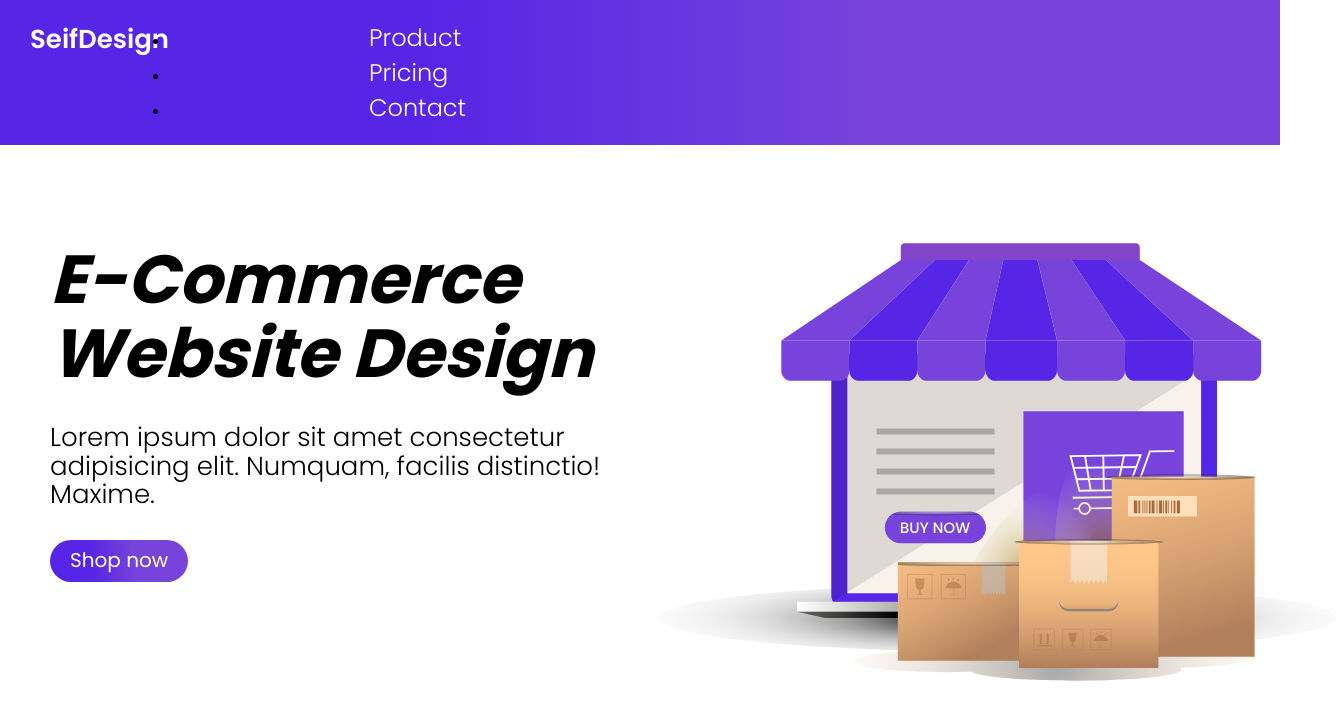
Repository: MehdiKerimov/figma-task-19
Page: pages/homePage/index.html
The author's editor kept a copy of each file at every save. The page is drawn from the files as they stood at one save, then again after a run of saves.
The browser window is 1280 px wide. The page is 1336 px wide, so the pictures cover 1336 px, including what lies to the right of the window. The pictures show the whole page.
The style sheet was rebuilt from its Sass, Less or Tailwind sources for each picture, by a compiler version that may differ from the author's.

Above is the page before, as saved 2024-01-20 15:33:02.

### pages/homePage/index.html
<!DOCTYPE html>
<html lang="en">
  <head>
    <meta charset="UTF-8" />
    <meta name="viewport" content="width=device-width, initial-scale=1.0" />
    <title>Document</title>
    <link rel="stylesheet" href="../../assets/css/reset.css" />
    <link rel="stylesheet" href="index.css" />
  </head>
  <body>
    <div class="container">
      <nav>
        <h1>SeifDesign</h1>
        <ul>
          <li>
                    <a href="">Product</a>

          </li>
          <li>
                    <a href="">Pricing</a>

          </li>
          <li>        <a href="">Contact</a>
</li>
        </ul>
      </nav>
      <main>
        <div class="left-container">
          <h2>E-Commerce Website Design</h2>
          <p>
            Lorem ipsum dolor sit amet consectetur adipisicing elit. Numquam,
            facilis distinctio! Maxime.
          </p>
          <button><a href="">Shop now</a></button>
        </div>

        <img src="../../assets/images/Group (3).svg" alt="" />
      </main>
    </div>
  </body>
</html>

### assets/css/reset.css
*{
    margin: 0;
    padding: 0;
    box-sizing: border-box;
}

button{
    border: none;
}
a{
    text-decoration: none;
}

### pages/homePage/index.scss
@import url("https://fonts.googleapis.com/css2?family=Poppins:wght@300;400;600;700&display=swap");
.container {
  min-height: 100vh;
  /* padding: 30px 30px 43px 30px; */
  nav {
    padding: 20px 30px;
    display: flex;
    background: linear-gradient(270deg, #7743db 31.64%, #5725e5 66.78%);
    h1 {
      color: #fff;
      font-family: Poppins;
      font-size: 26px;
      font-style: normal;
      font-weight: 600;
      line-height: normal;
    }
    a {
      text-decoration: none;
      margin-left: 200px;
      color: #fff;
      text-align: center;
      font-family: Poppins;
      font-size: 24px;
      font-style: normal;
      font-weight: 300;
      line-height: normal;
    }
  }
  main {
    display: flex;
    padding: 98px 50px 43px 50px;
    @media screen and (max-width:1024px) {
      flex-direction: column-reverse;
    }
    h2 {
      width: 608px;
      font-family: Poppins;
      font-size: 68px;
      font-style: italic;
      font-weight: 700;
      line-height: 109%;
    }
    p {
      margin-top: 32px;
      margin-bottom: 32px;
      width: 608px;
      color: #000;
      font-family: Poppins;
      font-size: 26px;
      font-style: normal;
      font-weight: 300;
      line-height: 109%;
    }
    button {
      padding: 10px 20px;
      border-radius: 25px;
      background: linear-gradient(263deg, #7743db 38.81%, #5725e5 70.24%);
      a {
        color: #fff;
        font-family: Poppins;
        font-size: 20px;
        font-style: normal;
        font-weight: 400;
        line-height: 109%;
      }
    }
  }
}

After the next 3 saves:
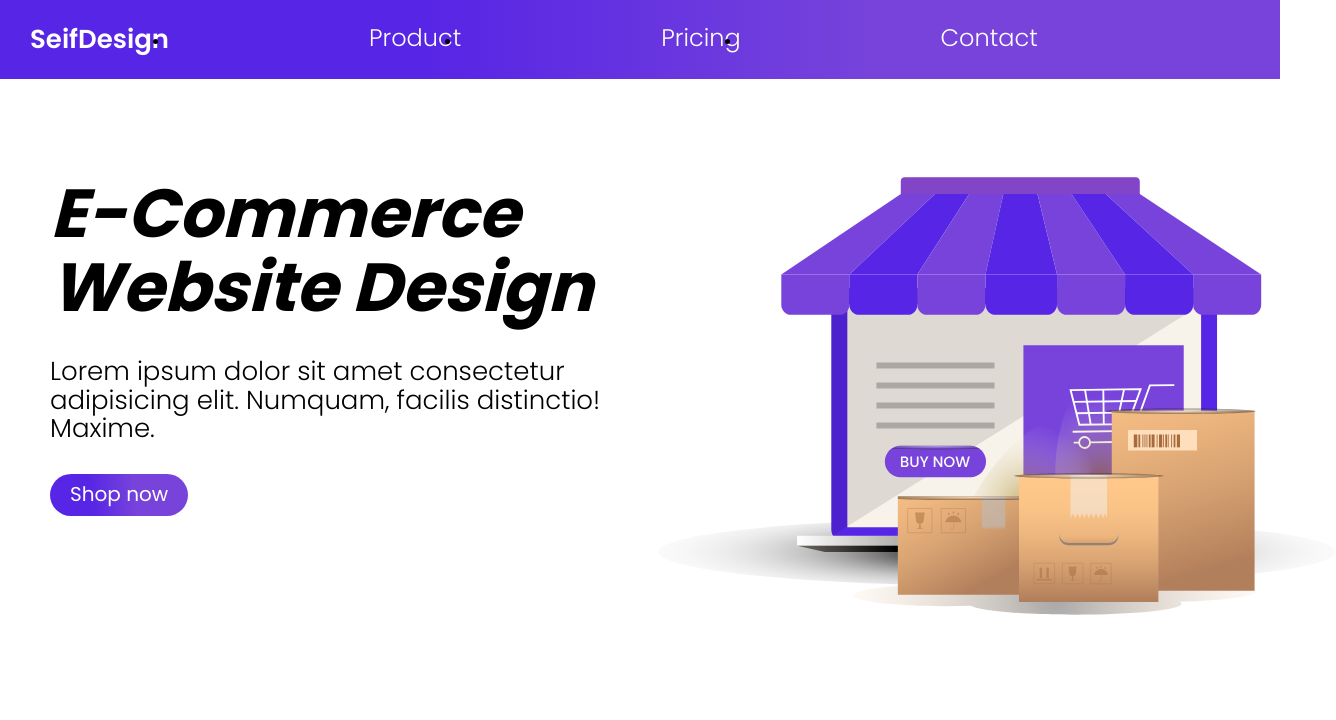
The 3 saves are shown as one change because 1 did not build or start and some came seconds apart.
The last was saved 22 s later.
--- a/pages/homePage/index.scss
+++ b/pages/homePage/index.scss
@@ -13,6 +13,10 @@
       font-style: normal;
       font-weight: 600;
       line-height: normal;
+    }
+    ul{
+      display: flex;
+
     }
     a {
       text-decoration: none;
